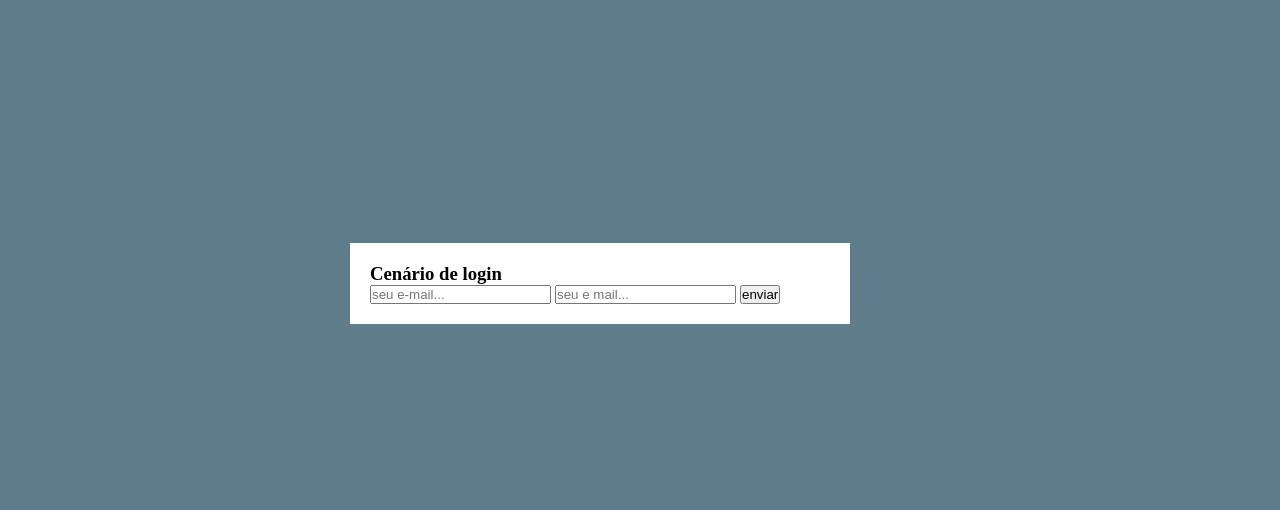
Repository: josceno/Sistema-para-controle-de-experimenta-o-animal
Page: index.html
An editor plug-in stored every save of this project. The page is shown before and after the next save, followed by the edit.
The browser window is 1280 px wide. The pictures show the whole page.

Above is the page before, as saved 2021-09-13 15:24:30.

### index.html
<html>
    <head>
        <title>Form Contato</title>

    </head>
    <style>
        *{margin:0; padding:0;box-sizing: border-box;}
        body
        {
            background-color: #5f7C8A;
        }
        form
        {
            background-color: white;
            max-width: 500px;
            width: 70%;
            padding:20px;
            position:absolute;
            left: "50%";
            top: "50%";

            transform: translate(70%,300%);
        }
    </style>

    <body>

        <form>
            <h3>Cenário de login</h3>
            <input type="text" name ="email" placeholder= "seu e-mail..."/>
            <input type = "text" name = "email" placeholder=  "seu e mail..."/>
            <input type =  "submit"name = "acao" value = "enviar"/>
        </form>
    </body>
</html>

After the next save:
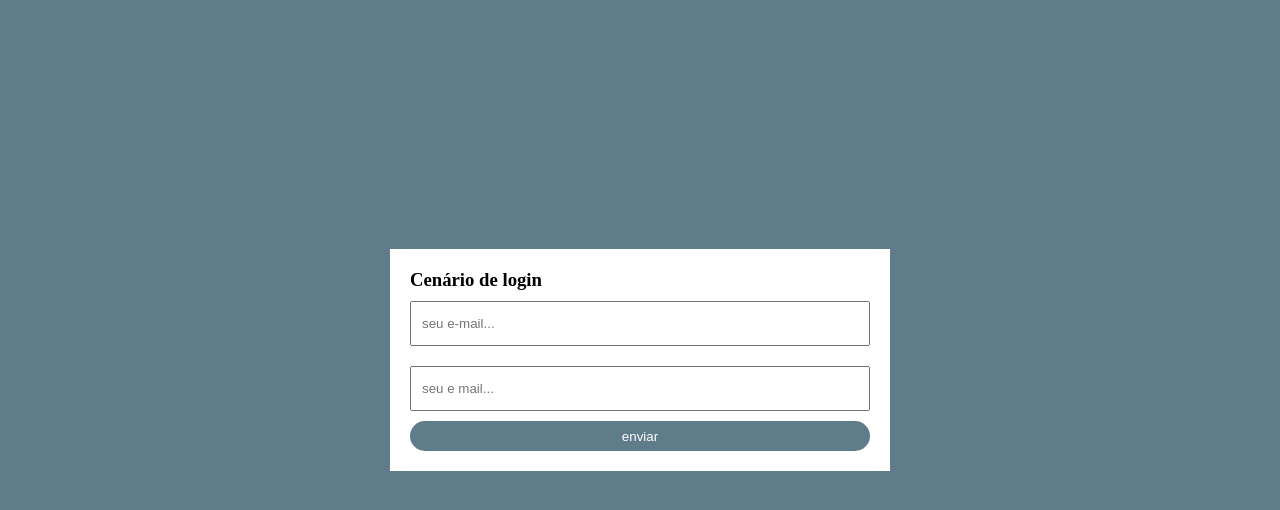
Saved 22 min 43 s later.
--- a/index.html
+++ b/index.html
@@ -16,10 +16,30 @@
             width: 70%;
             padding:20px;
             position:absolute;
-            left: "50%";
-            top: "50%";
+            left: 50%;
+            top: 50%;
 
-            transform: translate(70%,300%);
+            transform: translate(-50%,-50%);
+        }
+        form input[type=text],
+        form input[type =text]{
+            width: 100%;
+            height: 45px;
+            border:ipx solid #ccc;
+            padding-left: 10px;
+            margin: 10px 0;
+        }
+        form input[type=submit]
+        {
+            width: 100%;
+            height:30px;
+            cursor: pointer;
+            background : #5f7C8A;
+            color: white;
+            border: 0;
+            border-radius:20px;
+
+
         }
     </style>
 
